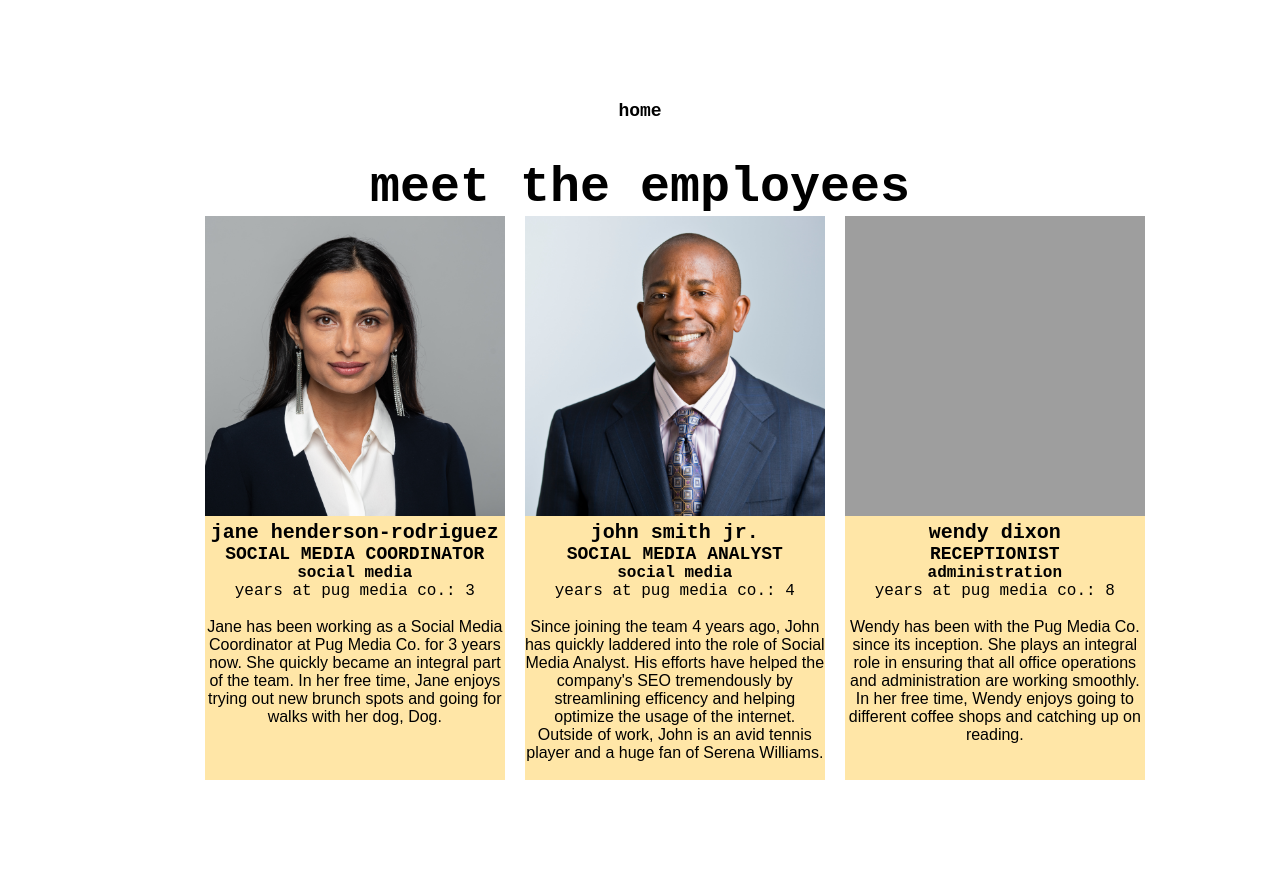
Repository: cheungglenda/MDIA2109-Week3
Page: /about
These files come from the project's save history. The page is drawn as it stood at one moment and after the next save; the edit follows.
The browser window is 1280 px wide. The pictures show the whole page.
Pictures or frames that could not be fetched are drawn as grey boxes. The project was rebuilt for these pictures with package versions that can differ from the ones it lists, and the page was loaded fresh each time. The framework's server and built-in components were replaced by stand-ins that run in the browser. Also part of the build but not shown: next.config.js.

Above is the page before, as saved 2023-01-20 12:40:30.

After the next save:
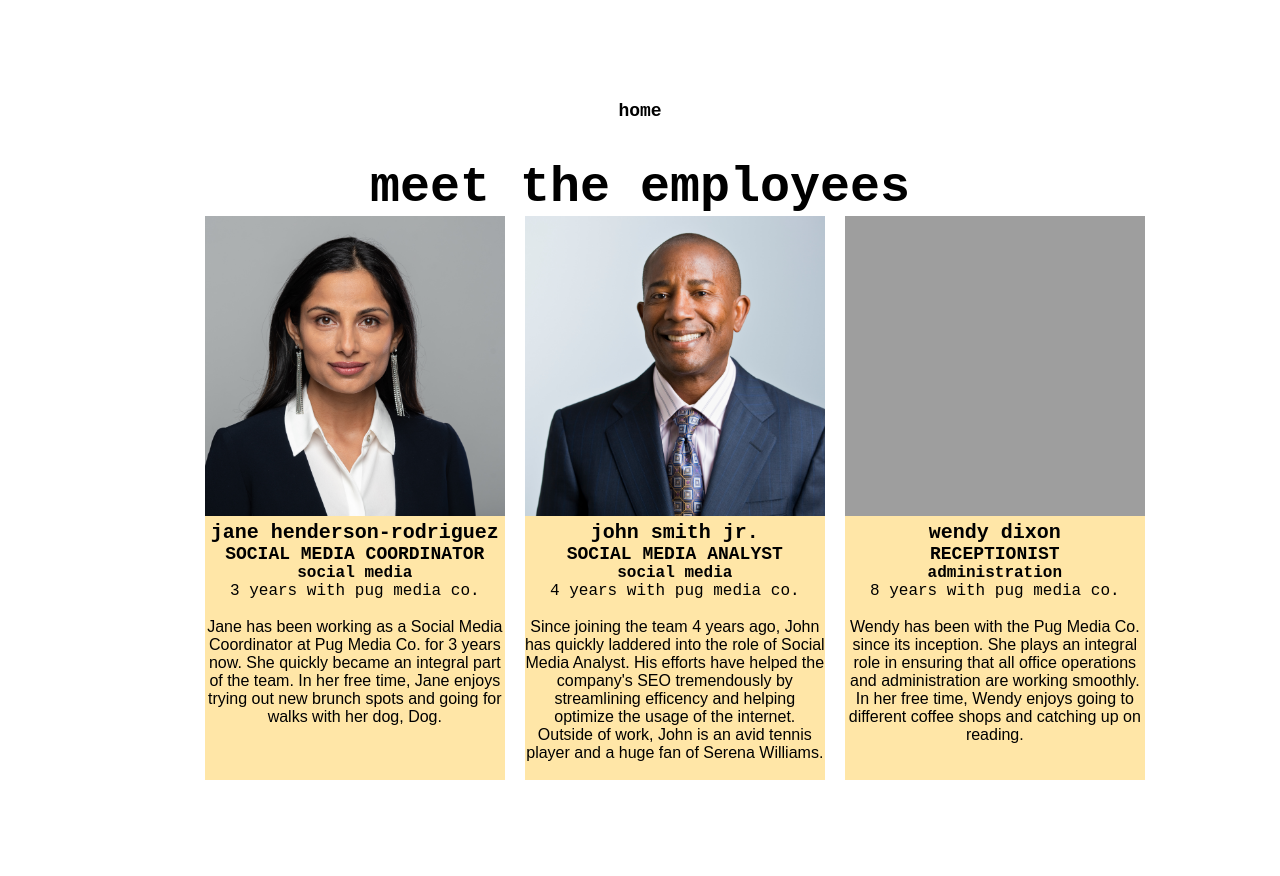
Saved 22 s later.
--- a/components/EmployeeCard/index.js
+++ b/components/EmployeeCard/index.js
@@ -22,7 +22,7 @@ export default function EmployeeCard({
             <h1 style={{textTransform: "lowercase", fontSize: 20}}></h1>
             <h2 style={{fontFamily:"'Courier New', Courier, monospace", textTransform: "uppercase", fontSize: 18}}>{jobtitle}</h2>
             <h3 style={{fontFamily:"'Courier New', Courier, monospace", textTransform: "lowercase", fontSize: 16, fontweight:500}}>{department}</h3>
-            <h4 style={{textTransform:"lowercase", fontSize:16, fontWeight:100}}>Years at Pug Media Co.: {yearsworked}</h4><br></br>
+            <h4 style={{textTransform:"lowercase", fontSize:16, fontWeight:100}}>{yearsworked} years with pug media co.</h4><br></br>
             <p style={{fontFamily: "Arial, Helvetica, sans-serif"}}>{description}</p><br></br>
         </div>
     )
